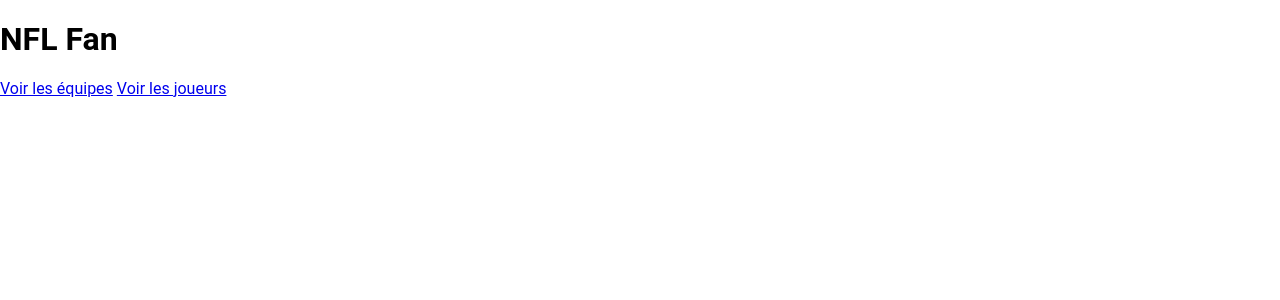
Repository: Cedric12850/nflFan
Page: http://localhost/
The author's editor kept a copy of each file at every save. The page is drawn from the files as they stood at one save, then again after a run of saves.
The browser window is 1280 px wide. The pictures show the whole page.
The page is served by the project's application, run on Django 5.2 (manage.py). Other server files are loaded and not shown.

Above is the page before, as saved 2024-11-25 11:10:25.

### nflFan/templates/index.html
{% extends 'base.html' %}

{% block content %}

<h1> NFL Fan </h1>
<div></div>
<a href="{% url 'teams_index' %}">Voir les équipes</a>
<a href="{% url 'players_index' %}">Voir les joueurs</a>

{% endblock %}

### nflFan/templates/base.html
{% load static %}
<!DOCTYPE html>
<html lang="fr">
<head>
    <meta charset="UTF-8">
    <meta name="viewport" content="width=device-width, initial-scale=1.0">
    <title>NFL Fan</title>
    <link rel="stylesheet" href="https://cdnjs.cloudflare.com/ajax/libs/normalize/8.0.1/normalize.css" integrity="sha512-oHDEc8Xed4hiW6CxD7qjbnI+B07vDdX7hEPTvn9pSZO1bcRqHp8mj9pyr+8RVC2GmtEfI2Bi9Ke9Ass0as+zpg==" crossorigin="anonymous" referrerpolicy="no-referrer" />
    <link rel="stylesheet" href="{% static 'css/styles.css' %}">
</head>
<body>

    {% block content %}
    {% endblock %}

</body>
</html>

### nflFan/views.py
from django.shortcuts import render


# Create your views here.
def home(request):
    return render(request,'index.html')

### nflFan/urls.py
"""
URL configuration for nflFan project.

The `urlpatterns` list routes URLs to views. For more information please see:
    https://docs.djangoproject.com/en/5.1/topics/http/urls/
Examples:
Function views
    1. Add an import:  from my_app import views
    2. Add a URL to urlpatterns:  path('', views.home, name='home')
Class-based views
    1. Add an import:  from other_app.views import Home
    2. Add a URL to urlpatterns:  path('', Home.as_view(), name='home')
Including another URLconf
    1. Import the include() function: from django.urls import include, path
    2. Add a URL to urlpatterns:  path('blog/', include('blog.urls'))
"""
from django.conf.urls.static import static
from django.contrib import admin
from django.urls import include, path

from nflFan import settings
from nflFan import views

urlpatterns = [
    path('', views.home, name='home'),
    path('', include('team.urls')),
    path('', include('players.urls')),
    path('admin/', admin.site.urls),
] + static(settings.MEDIA_URL, document_root=settings.MEDIA_ROOT)

### team/urls.py
#teams/urls.py
from django.urls import path
from . import views

urlpatterns = [
    path('teams/', views.teams_index, name='teams_index')
]

### players/urls.py
#players/urls.py
from django.urls import path
from . import views

urlpatterns = [
    path('players/', views.players_index, name='players_index')
]

### nflFan/static/css/styles.css
html {
    box-sizing: border-box;
    font-family: "roboto";
}

*, *:after, *:before {
    box-sizing: inherit;
    margin: 0;
    padding: 0;
}

*::first-letter {
    text-transform: capitalize;
}

/* ----- Team View */
.teamView{
    display: flex;
    flex-wrap: wrap;
}
.teamCard{
    border: 2px, solid, black;
    margin: 1rem 1rem 1rem 1rem;
    width: 100%;
}
.cardHeader>img{
    width: 100%;
}

/* ----- End Team View */


/* ----- Responsive screen > 768px */
@media screen and (min-width: 768px) {
    .teamCard{
        width:46%
    }

}
/* ----- End Responsive screen > 768px */

/* ----- Responsive screen > 992px */
@media screen and (min-width: 992px) {
    .teamCard{
        width:30%
    }

}
/* ----- End Responsive screen > 992px */

/* ----- Responsive screen > 1200px */
@media screen and (min-width: 1200px) {
    .teamCard{
        width: 10%
    }

}
/* ----- End Responsive screen > 1200px */

After the next 4 saves:
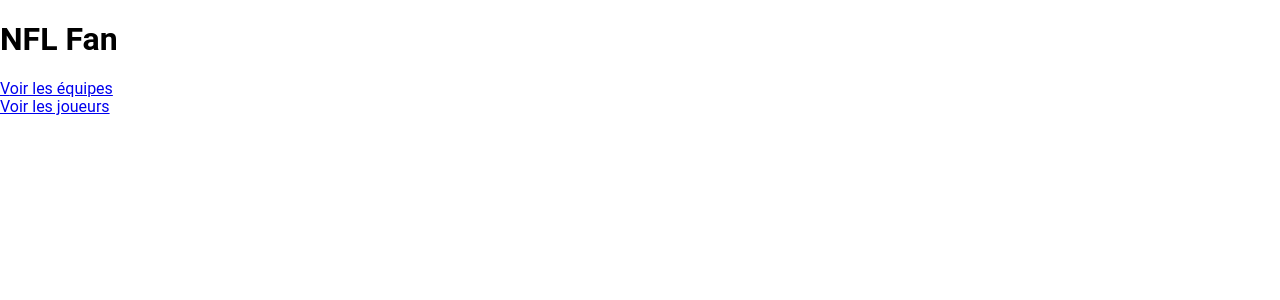
The 4 saves are shown as one change because they came seconds apart.
The last was saved 12 s later.
--- a/nflFan/templates/index.html
+++ b/nflFan/templates/index.html
@@ -3,8 +3,10 @@
 {% block content %}
 
 <h1> NFL Fan </h1>
+<div>
+    <a href="{% url 'teams_index' %}">Voir les équipes</a>
+</div>
 <div></div>
-<a href="{% url 'teams_index' %}">Voir les équipes</a>
 <a href="{% url 'players_index' %}">Voir les joueurs</a>
 
 {% endblock %}
